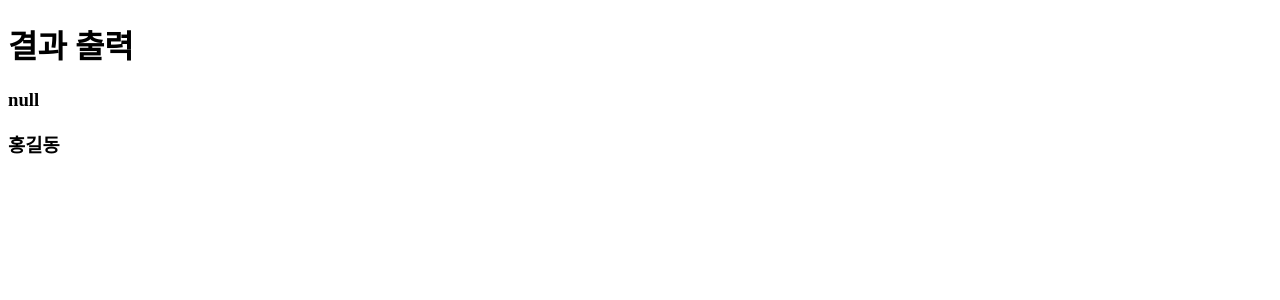
Repository: Kimth520/JSP-study
Page: http://localhost/day03/MyServlet
An editor plug-in stored every save of this project. The page is shown before and after a run of saves, followed by the edit.
The browser window is 1280 px wide. The pictures show the whole page.
The page is served by Tomcat 9.

Above is the page before, as saved 2025-01-14 05:08:25.

After the next 2 saves:
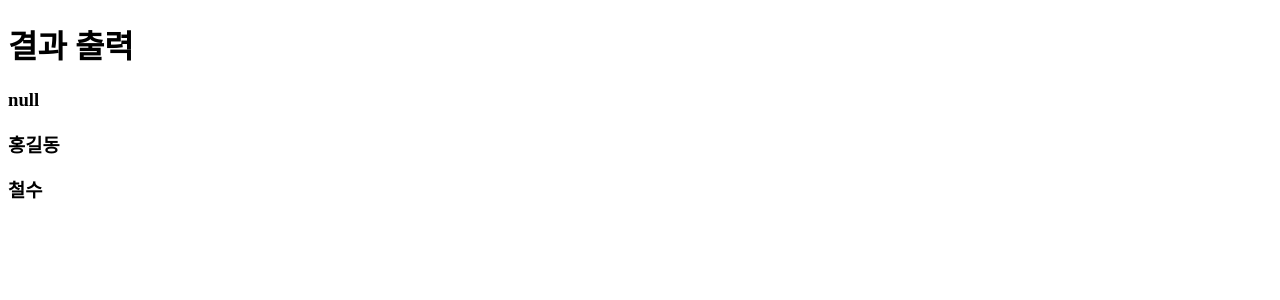
The 2 saves are shown as one change because they came seconds apart.
The last was saved 35 s later.
--- a/workspace/day03/src/main/webapp/jstlTest.jsp
+++ b/workspace/day03/src/main/webapp/jstlTest.jsp
@@ -13,5 +13,6 @@
 	<h3>${name}</h3>
 	<% pageContext.setAttribute("name", "홍길동"); %>
 	<h3>${name}</h3>
+	<h3>${param.name}</h3>
 </body>
 </html>
